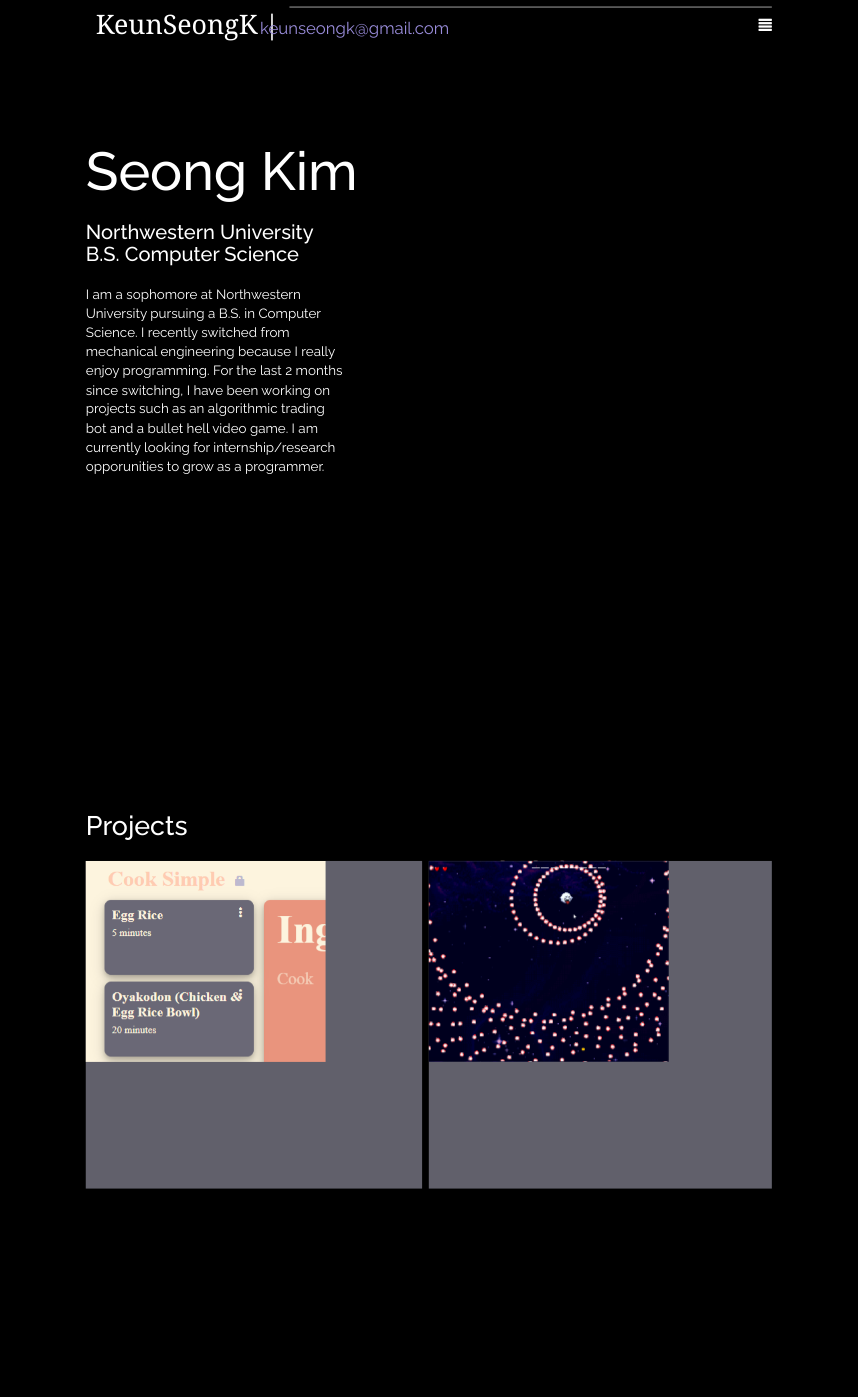
Repository: oqueuo/personal-site
Page: index.html
An editor plug-in stored every save of this project. The page is shown before and after the next save, followed by the edit.
The browser window is 1280 px wide. The pictures show the whole page, at 67% of full size.

Above is the page before, as saved 2020-09-21 18:08:19.

After the next save:
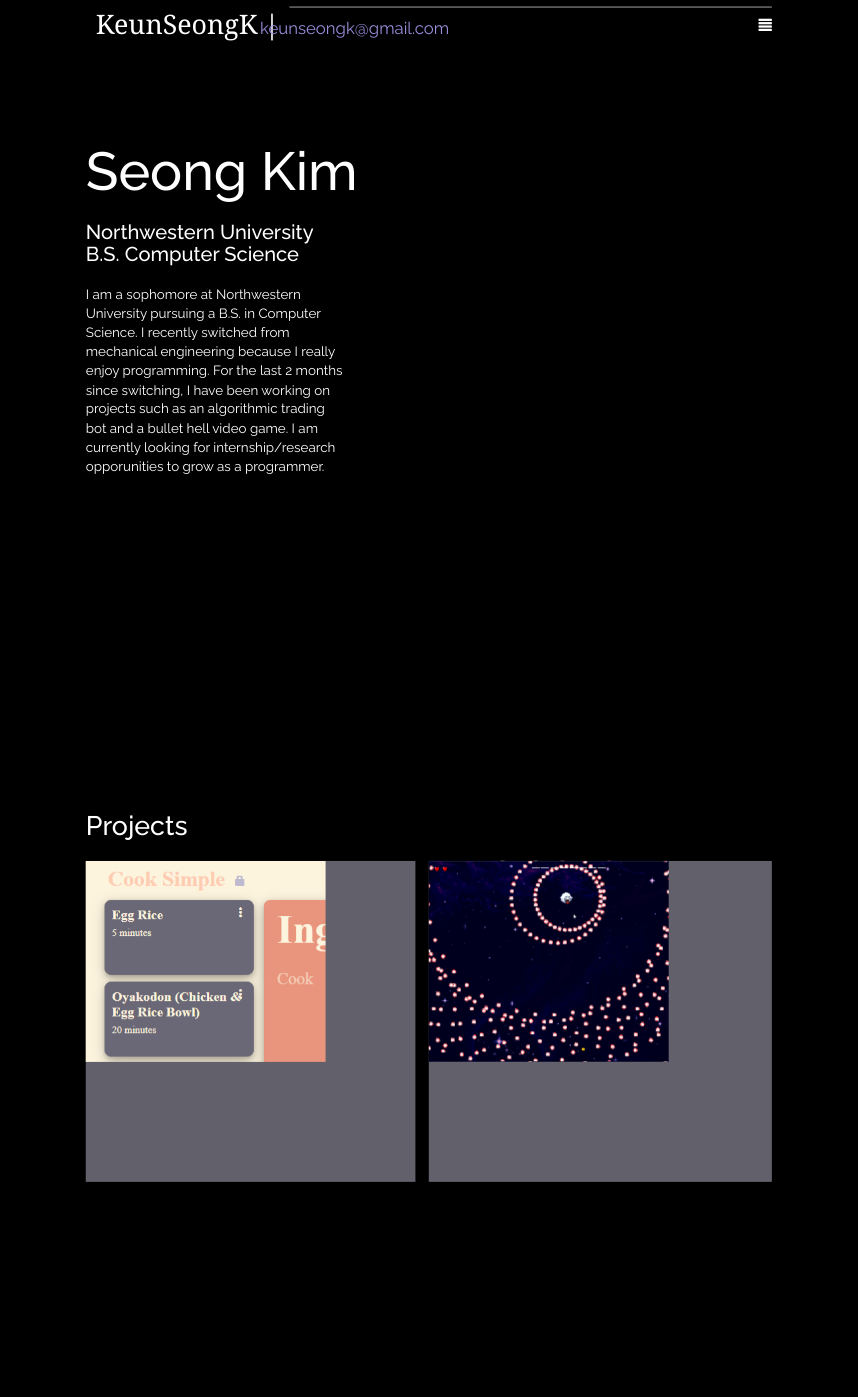
Saved 10 s later.
--- a/styles.css
+++ b/styles.css
@@ -110,8 +110,8 @@ ul a:active, #email:active, .more-info-on-github:active {
     box-sizing: border-box;
     width: 50%;
     height: 500px;
-    padding-right: 1%;
-    padding-bottom: 1%;
+    padding-right: 2%;
+    padding-bottom: 2%;
     position: relative;
 }
 .project-card-container:nth-child(2n) {
